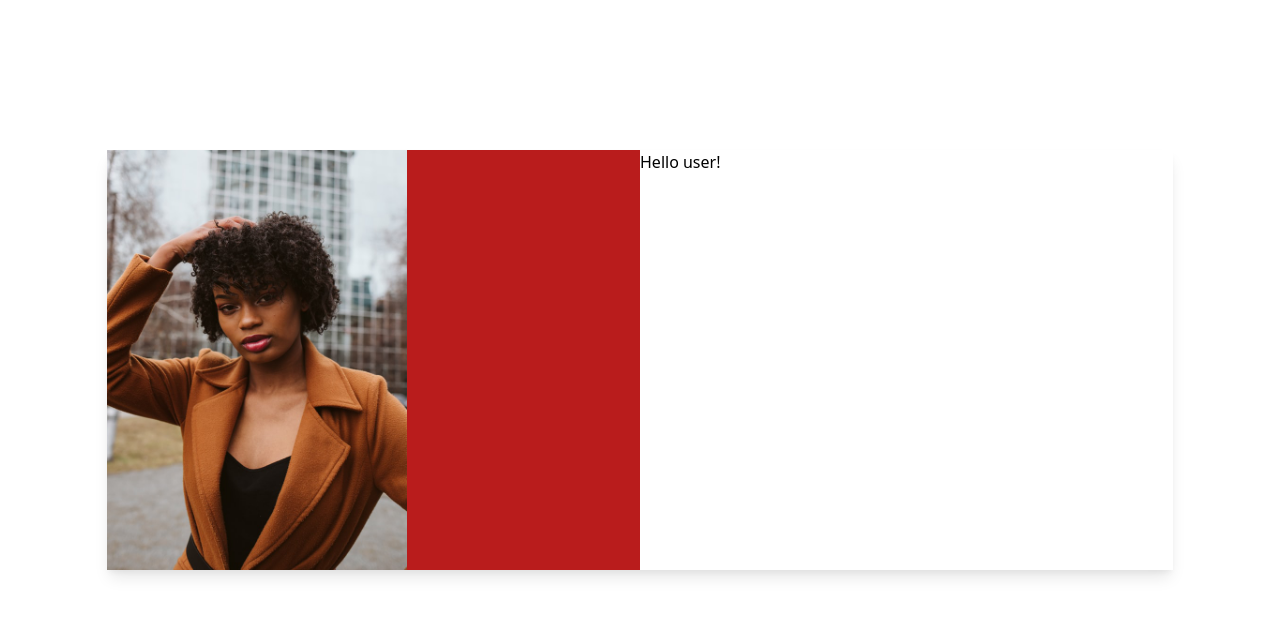
Repository: latenightsnacc/giggles
Page: HTML/user.html
These files come from the project's save history. The page is drawn as it stood at one moment and after the next save; the edit follows.
The browser window is 1280 px wide. The pictures show the whole page.
Some web libraries are served in a nearby version.

Above is the page before, as saved 2021-01-01 16:11:41.

After the next save:
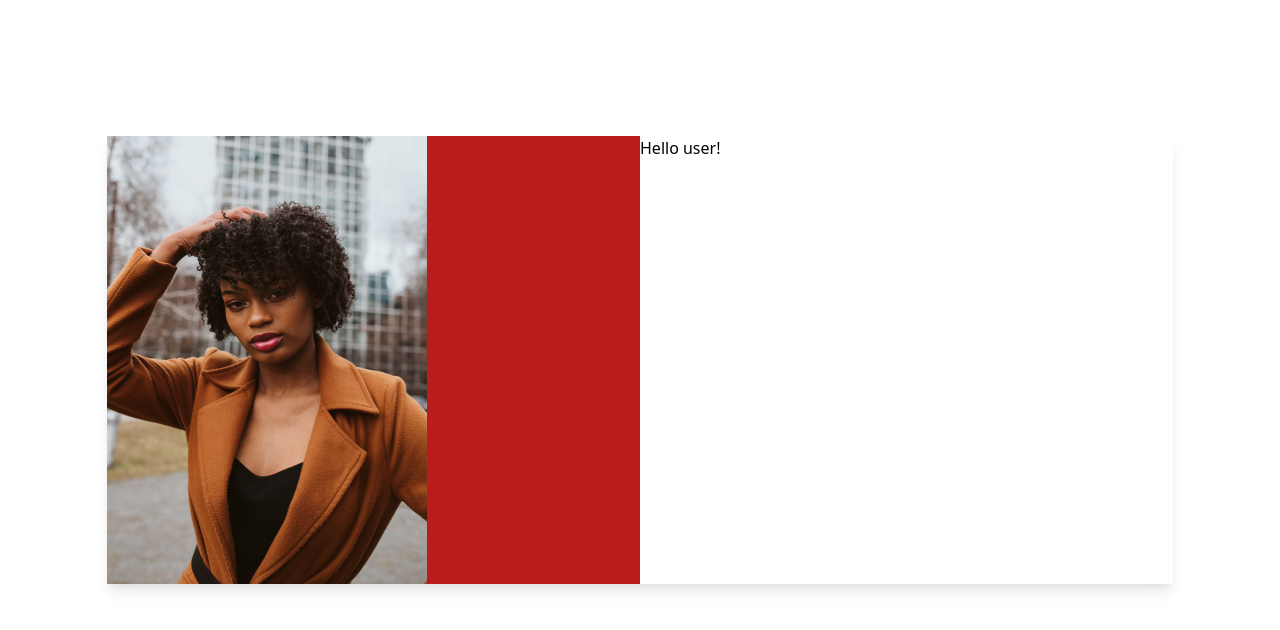
Saved 8 s later.
--- a/HTML/user.html
+++ b/HTML/user.html
@@ -10,7 +10,7 @@
     <div class="wrapper flex justify-center items-center w-100 bg-grey-300 h-screen">
         <div class="w-5/6 flex shadow-lg h-auto bg-grey-300 border-blue-50">
             <div class="w-1/2 bg-red-700 h-full">
-                <img src="assets/userDp.jpg" width="300px" />
+                <img src="assets/userDp.jpg" width="320px" />
             </div>
 
             <div class="w-1/2 bg-grey-50 h-full">
